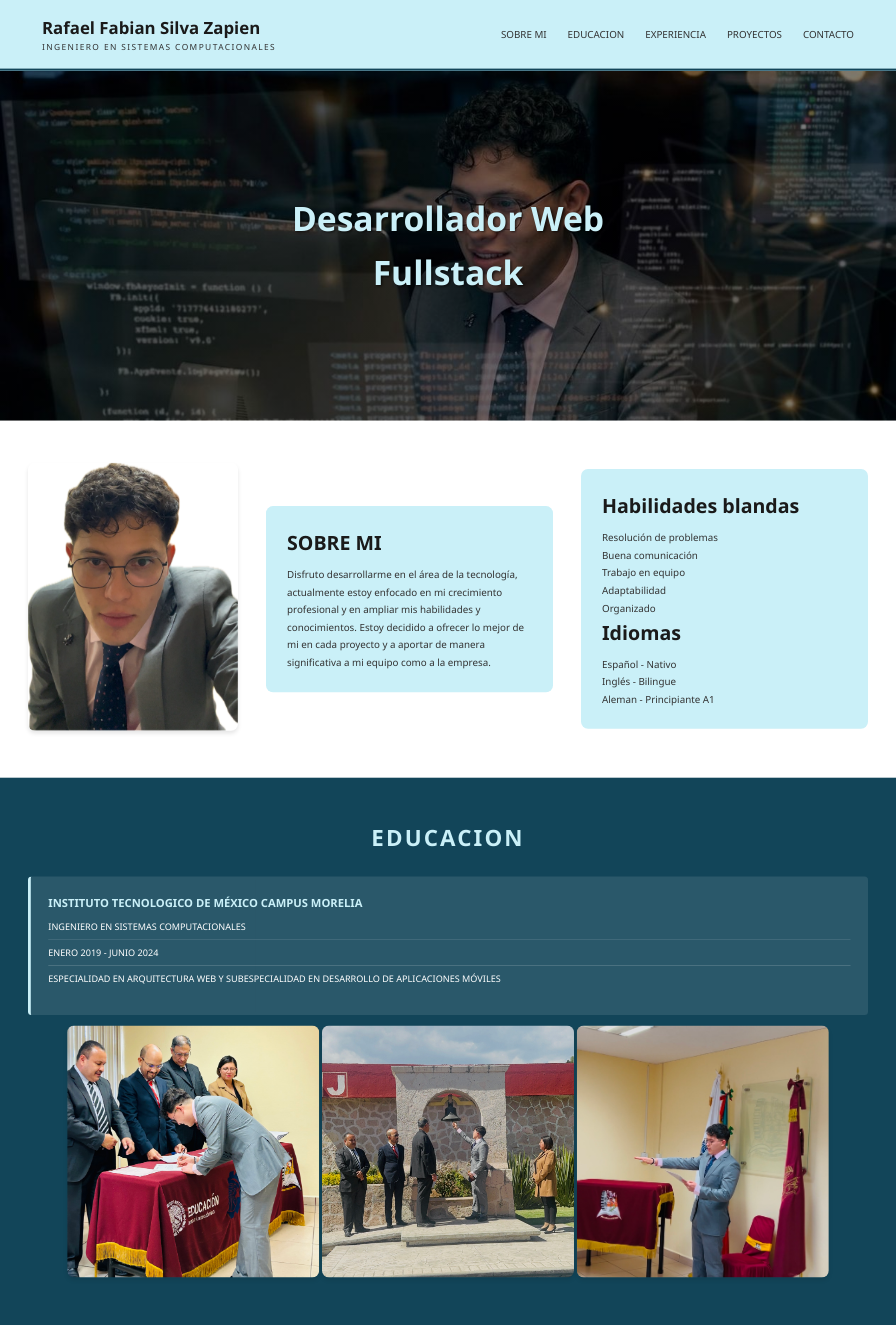
Repository: rafaelsilva2k/mi-portafolio
Page: index.html
These files come from the project's save history. The page is drawn as it stood at one moment and after the next save; the edit follows.
The browser window is 1280 px wide. The pictures show the part of the page from y = 0 to 1920 px (the page is 3313 px tall), at 70% of full size.

Above is the page before, as saved 2026-04-17 13:18:34.

### index.html
<!DOCTYPE html>
<html lang="en">
<head>
    <meta charset="UTF-8">
    <meta name="viewport" content="width=device-width, initial-scale=1.0">
    <title>Rafael Fabian Silva Zapien</title>
    <link rel="stylesheet" href="styles.css">
</head>
<body>
    <!-- HEADER: Nombre, Profesión y Menú de Navegación -->
    <header class="header">
        <div class="header-content">
            <div class="logo-section">
                <h1>Rafael Fabian Silva Zapien</h1>
                <p class="profession">INGENIERO EN SISTEMAS COMPUTACIONALES</p>
            </div>

            <nav class="navbar">
                <ul>
                    <li><a href="#sobre-mi">SOBRE MI</a></li>
                    <li><a href="#educacion">EDUCACION</a></li>
                    <li><a href="#experiencia">EXPERIENCIA</a></li>
                    <li><a href="#proyectos">PROYECTOS</a></li>
                    <li><a href="#contacto">CONTACTO</a></li>
                </ul>
            </nav>
        </div>
    </header>

    <!-- HERO SECTION: Imagen grande con texto "Desarrollador Web Fullstack" -->
     <section class="hero">
        <div class="hero-content">
            <h2>Desarrollador Web<br>Fullstack</h2>
        </div>
     </section>

     <!-- SECCIÓN SOBRE MÍ: Foto + Descripción -->
      <section id="sobre-mi" class="sobre-mi">
        <div class="sobre-mi-container">
            <div class="sobre-mi-foto">
                <img src="images/me.png" alt="Rafael Silva">
            </div>
            <div class="sobre-mi-texto">
                <h2>SOBRE MI</h2>
                <p>Disfruto desarrollarme en el área de la tecnología, actualmente estoy enfocado en mi crecimiento profesional y en ampliar mis habilidades y conocimientos. Estoy decidido a ofrecer lo mejor de mi en cada proyecto y a aportar de manera significativa a mi equipo como a la empresa.</p>
            </div>
            <div class="sobre-mi-texto">
                <div class="sobre-mi-habilidades">
                    <div>
                        <h2>Habilidades blandas</h2>
                        <p> Resolución de problemas <br> Buena comunicación <br> Trabajo en equipo  <br> Adaptabilidad <br> Organizado</p>
                    </div>
                    <div>
                        <h2>Idiomas</h2>
                        <p>Español - Nativo <br> Inglés - Bilingue <br> Aleman - Principiante A1</p>
                    </div>
                </div>
            </div>
        </div>
      </section>

      <!--Seccion de Educacion-->
      <section id="educacion" class="educacion">
        <h2>EDUCACION</h2>
        <div class="educacion-content">
            <div class="educacion-item">
                <h4>INSTITUTO TECNOLOGICO DE MÉXICO CAMPUS MORELIA</h4>
                <p>INGENIERO EN SISTEMAS COMPUTACIONALES</p>
                <p>ENERO 2019 - JUNIO 2024</p>
                <p>ESPECIALIDAD EN ARQUITECTURA WEB Y SUBESPECIALIDAD EN DESARROLLO DE APLICACIONES MÓVILES</p>
            </div>
            <div class="education-item">
                <div class="education-photos">
                    <img src="images/FirmaTitulacion.jpeg">
                    <img src="images/campanaTitulacion.jpeg">
                    <img src="images/titulacion.jpeg">
                </div>
            </div>
        </div>
      </section>

      <section id="experiencia" class="experiencia">
        <h2>EXPERIENCIA PROFESIONAL</h2>
            <div class="experiencia-content">
                <div class="experiencia-item">
                    <h3>HARMAN a Samsung Company</h3>
                    <p>Residencias Profesionales HARMAN, Samsung Company Enero - Junio 2024 </p><br>
                    <h5>PROYECTO DE SALIDAS MISCELÁNEAS</h5>
                    <p></p>Se trabajo en el desarrolló de una página web que permitió a la empresa
                    controlar y gestionar los productos salientes. Además, se coordinó el flujo de
                    aprobación entre diversas áreas como comercio exterior, logística y seguridad. <br> <br>
                    <h5>PROYECTO COSTO DE BIENES VENDIDOS (COGS)</h5>
                    Se trabajo en la automatización el cálculo de COGS e implementó un módulo
                    que agiliza la obtención de datos para el reporte de COGS, logrando un análisis
                    más detallado y una representación gráfica eficaz de la información.</p>
                </div>
                <div class="experiencia-item">
                    <h3>FIRA - Fideicomisos Instituidos en Relación con la Agricultura</h3>
                    <p>Desarrollador Fullstack en FIRA, Morelia Julio 2024 - Actualidad <br> <br>
                    • Migración, mejora y mantenimiento de múltiples aplicaciones institucionales,
                    entre ellas: Mesa de Servicios, Reservación de Salas, Seguimientos SIPOT,
                    Solicitudes INAI, Ingresos Retenciones, SIPOT, entre otras.
                    Aplicaciones desarrolladas en CodeIgniter (PHP), JavaScript, HTML y CSS,
                    en las cuales realicé correcciones críticas, optimizaciones de rendimiento y
                    mejoras funcionales.
                    Implementación de consumo de APIs internas de FIRA (Capital Humano)
                    cuando fue requerido.
                    Sustitución de vistas de Capital Humano en base de datos por procesos
                    internos más eficientes.
                    Todas las aplicaciones intervenidas fueron migradas a SQL Server 2019. <br>
                    • Desarrollo de un módulo completo dentro de la aplicación Reservación de
                    Salas para la gestión y reservación de cargadores eléctricos para vehículos del
                    personal interno.<br>
                    • Colaboración en la aplicación Siniestralidad, desarrollada originalmente en
                    ASP, la cual fue migrada a SQL Server 2019 y sometida a una limpieza y
                    depuración general. Posteriormente se detectaron fallas en el funcionamiento y
                    realicé los ajustes necesarios para su correcta operación.<br>
                    • Participación en la migración de la aplicación Firma Electrónica, actualizando
                    la plataforma de Java 1.4 a Java 17, así como la migración de Tomcat y todos
                    los cambios estructurales requeridos para garantizar compatibilidad y
                    estabilidad.<br>
                    • Elaboración de documentación técnica detallada para todos los proyectos,
                    facilitando futuras tareas de mantenimiento, soporte y transferencia de
                    conocimiento dentro del equipo. Apoyo adicional en la preparación de
                    documentación para describir cambio</p>
                </div>
            </div>
      </section>

      <!--Seccion de proyectos-->
      <section id="proyectos" class="proyectos">
        <h2>PROYECTOS</h2>
        <div class="proyectos-content">
            <div class="proyectos-item">
                <h4>Primer proyecto</h4>
                <img src="" alt="Proyecto-1-name">
            </div>
            <div class="proyectos-item">
                <h4> Segundo proyecto</h4>
                <img src="" alt="Proyecto-2-name">
            </div>
            <div class="proyectos-item">
                <h4>Tercer proyecto</h4>
                <img src="" alt="proyecto-3-name">
            </div>
        </div>
      </section>

      <section id="contacto" class="contacto">
        <h2>Contacto</h2>
        <div class="contacto-content">
            <p>Email: rafaelsilva2k256@gmail.com</p>
            <p>LinkedIn: <a href="www.linkedin.com/in/rafael-fabian-silva-zapien-a124ba247">Perfil de Linkedin</a></p>
            <p>GitHub: <a href="#">Tu GitHub</a></p>
        </div>
      </section>

      <!--footer-->
      <footer class="footer">
        <p>&copy; 2024 Rafael Fabian Silva Zapien. Todos los derechos reservados.</p>
      </footer>

      <script src="script.js"></script>
</body>
</html>

### styles.css
/* ============================================
   RESET Y VARIABLES GLOBALES
   ============================================ */

* {
    margin: 0;
    padding: 0;
    box-sizing: border-box;
}

:root {
    --color-primary: #caf0f8;      /* Amarillo */
    --color-secondary: #124559;    /* Dorado/Marrón */
    --color-dark: #1a1a1a;         /* Negro */
    --color-text: #333333;         /* Texto gris oscuro */
    --color-white: #ffffff;        /* Blanco */
}

body {
    font-family: 'Segoe UI', Tahoma, Geneva, Verdana, sans-serif;
    color: var(--color-text);
    line-height: 1.6;
}

/* ============================================
   HEADER - Menú y nombre
   ============================================ */

.header {
    background-color: var(--color-primary);
    padding: 20px 0;
    border-bottom: 3px solid var(--color-secondary);
    position: sticky;
    top: 0;
    z-index: 100;
}

.header-content {
    max-width: 1200px;
    margin: 0 auto;
    padding: 0 20px;

    /* FLEXBOX: Alinea nombre a la izquierda y menú a la derecha */
    display: flex;
    justify-content: space-between;
    align-items: center;
}

.logo-section h1 {
    font-size: 24px;
    font-weight: bold;
    color: var(--color-dark);
}

.profession {
    font-size: 12px;
    color: var(--color-text);
    letter-spacing: 2px;
}

/* NAVEGACIÓN - Menú horizontal */
.navbar ul {
    list-style: none;

    /* FLEXBOX: Alinea los items del menú horizontalmente */
    display: flex;
    gap: 30px;
}

.navbar a {
    text-decoration: none;
    color: var(--color-text);
    font-size: 14px;
    font-weight: 500;
    transition: color 0.3s ease;
}

.navbar a:hover {
    color: var(--color-secondary);
}

/* ============================================
   HERO SECTION - Imagen grande
   ============================================ */

.hero {
    background: linear-gradient(rgba(0, 0, 0, 0.5), rgba(0, 0, 0, 0.5)),
                url('images/iaGeneratedMe.jpeg');
    background-size: cover;
    background-position: center;
    height: 500px;

    /* FLEXBOX: Centra el texto en el hero */
    display: flex;
    align-items: center;
    justify-content: center;
    text-align: center;
}

.hero-content h2 {
    font-size: 48px;
    color: var(--color-primary);
    font-weight: bold;
    text-shadow: 2px 2px 4px rgba(0, 0, 0, 0.7);
}

/* ============================================
   SECCIÓN SOBRE MÍ
   ============================================ */

.sobre-mi {
    padding: 60px 20px;
    background-color: var(--color-white);
}

.sobre-mi-container {
    max-width: 1200px;
    margin: 0 auto;

    /* FLEXBOX: Alinea foto a la izquierda y texto a la derecha */
    display: flex;
    gap: 40px;
    align-items: center;
}

.sobre-mi-foto {
    flex: 0 0 300px;  /* Ancho fijo de 300px */
}

.sobre-mi-foto img {
    width: 100%;
    border-radius: 10px;
    box-shadow: 0 4px 6px rgba(0, 0, 0, 0.1);
}

.sobre-mi-texto {
    flex: 1;  /* Ocupa el espacio restante */
    background-color: var(--color-primary);
    padding: 30px;
    border-radius: 10px;
}

.sobre-mi-texto h2 {
    font-size: 28px;
    margin-bottom: 10px;
    color: var(--color-dark);
}

.sobre-mi-texto h3 {
    font-size: 14px;
    letter-spacing: 2px;
    margin-bottom: 20px;
    color: var(--color-secondary);
}

.sobre-mi-texto p {
    font-size: 14px;
    line-height: 1.8;
    color: var(--color-text);
}

.sobre-mi-habilidades {
    flex: wrap;
    justify-content: space-between;
}

/* ============================================
   SECCIÓN EDUCACIÓN
   ============================================ */

.educacion {
    padding: 60px 20px;
    background-color: var(--color-secondary);
    color: var(--color-white);
}

.educacion h2 {
    font-size: 32px;
    margin-bottom: 30px;
    text-align: center;
    color: var(--color-primary);
    letter-spacing: 3px;
}

.educacion-content {
    max-width: 1200px;
    margin: 0 auto;
}

.educacion-item {
    background-color: rgba(255, 255, 255, 0.1);
    padding: 25px;
    margin-bottom: 15px;
    border-left: 4px solid var(--color-primary);
    border-radius: 5px;
}

.educacion-item h4 {
    font-size: 16px;
    margin-bottom: 10px;
    color: var(--color-primary);
}

.educacion-item p {
    font-size: 13px;
    margin-bottom: 8px;
    padding-bottom: 8px;
    border-bottom: 1px solid rgba(255, 255, 255, 0.2);
}

.educacion-item p:last-child {
    border-bottom: none;
}

.education-photos {
    flex: 0 0 300px;  /* Ancho fijo de 300px */
    text-align: center;
}

.education-photos img {
    width: 30%;
    border-radius: 10px;
    box-shadow: 0 4px 6px rgba(0, 0, 0, 0.1);
}

/* ============================================
   SECCIÓN EXPERIENCIA
   ============================================ */

.experiencia {
    padding: 60px 20px;
    background-color: var(--color-white);
}

.experiencia h2 {
    font-size: 32px;
    margin-bottom: 30px;
    text-align: center;
    color: var(--color-secondary);
    letter-spacing: 3px;
}

.experiencia-content {
    max-width: 1200px;
    margin: 0 auto;

    /* FLEXBOX: Coloca los items uno al lado del otro */
    display: flex;
    gap: 30px;
}

.experiencia-item {
    flex: 1;
    background-color: var(--color-primary);
    padding: 25px;
    border-radius: 8px;
    border-left: 4px solid var(--color-secondary);
}

.experiencia-item h4 {
    font-size: 16px;
    margin-bottom: 10px;
    color: var(--color-dark);
}

.experiencia-item p {
    font-size: 13px;
    color: var(--color-text);
}

/* ============================================
   SECCIÓN PROYECTOS
   ============================================ */

.proyectos {
    padding: 60px 20px;
    background-color: var(--color-primary);
}

.proyectos h2 {
    font-size: 32px;
    margin-bottom: 30px;
    text-align: center;
    color: var(--color-secondary);
    letter-spacing: 3px;
}

.proyectos-content {
    max-width: 1200px;
    margin: 0 auto;

    /* FLEXBOX: Coloca las tarjetas en 3 columnas */
    display: flex;
    gap: 25px;
    justify-content: space-between;
}

.proyectos-item {
    flex: 1;
    background-color: var(--color-white);
    padding: 20px;
    border-radius: 8px;
    box-shadow: 0 2px 8px rgba(0, 0, 0, 0.1);
    transition: transform 0.3s ease;
}

.proyectos-item:hover {
    transform: translateY(-5px);
}

.proyectos-item h4 {
    font-size: 16px;
    margin-bottom: 15px;
    color: var(--color-dark);
}

.proyectos-item img {
    width: 100%;
    height: 200px;
    object-fit: cover;
    border-radius: 5px;
    background-color: var(--color-secondary);
}

/* ============================================
   SECCIÓN CONTACTO
   ============================================ */

.contacto {
    padding: 60px 20px;
    background-color: var(--color-secondary);
    color: var(--color-white);
    text-align: center;
}

.contacto h2 {
    font-size: 32px;
    margin-bottom: 30px;
    color: var(--color-primary);
    letter-spacing: 3px;
}

.contacto-content {
    max-width: 600px;
    margin: 0 auto;
    font-size: 14px;
    line-height: 2;
}

.contacto-content a {
    color: var(--color-primary);
    text-decoration: none;
    font-weight: bold;
}

.contacto-content a:hover {
    text-decoration: underline;
}

/* ============================================
   FOOTER
   ============================================ */

.footer {
    background-color: var(--color-dark);
    color: var(--color-white);
    text-align: center;
    padding: 20px;
    font-size: 12px;
}

/* ============================================
   RESPONSIVE - Para dispositivos móviles
   ============================================ */

@media (max-width: 768px) {
    .header-content {
        flex-direction: column;
        gap: 20px;
    }

    .navbar ul {
        gap: 15px;
        font-size: 12px;
    }

    .sobre-mi-container {
        flex-direction: column;
    }

    .sobre-mi-foto {
        flex: 0 0 200px;
    }

    .experiencia-content {
        flex-direction: column;
    }

    .proyectos-content {
        flex-direction: column;
    }

    .hero-content h2 {
        font-size: 32px;
    }
}

Loaded but not shown: script.js (no copy from this time; the picture is the same without it)

After the next save:
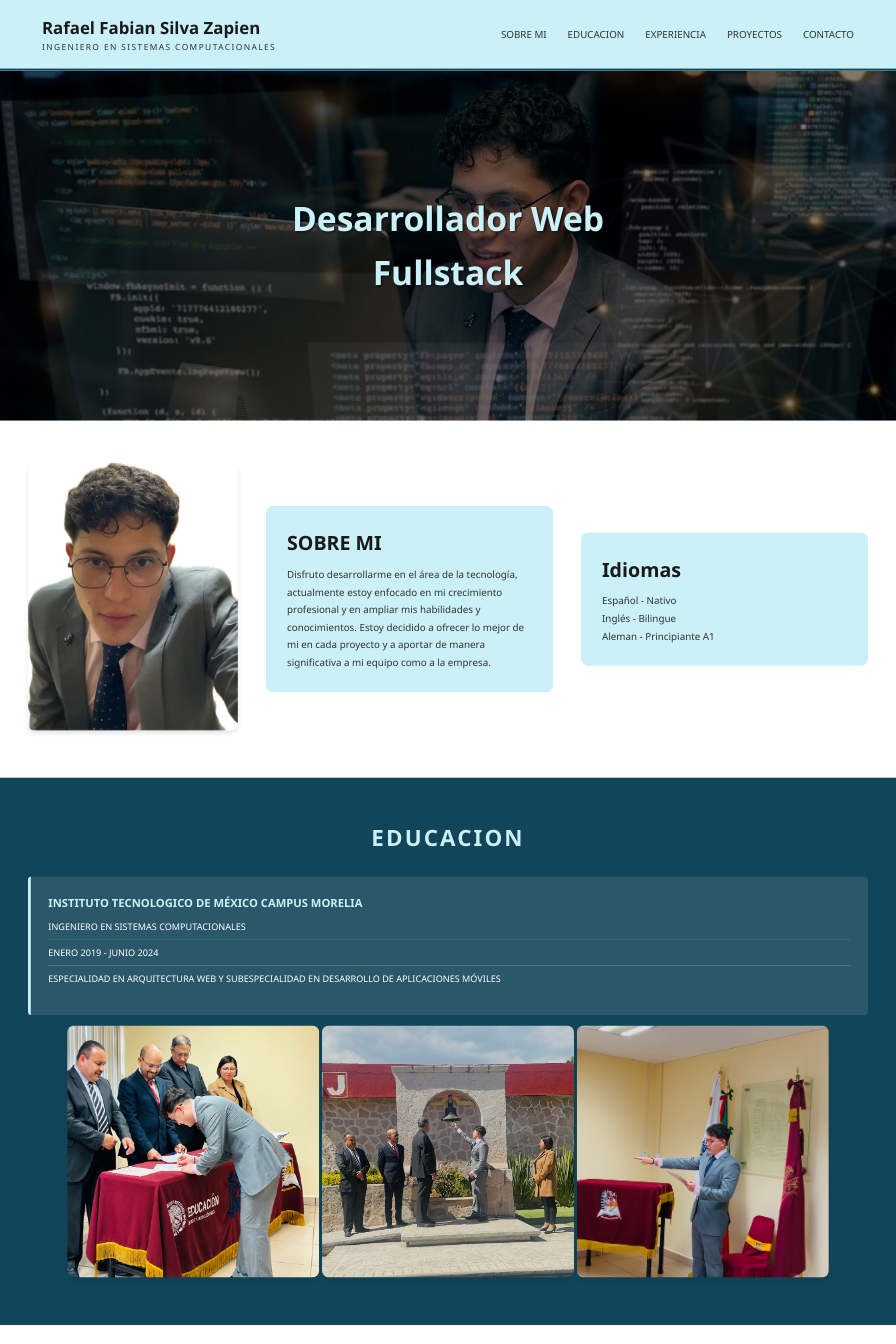
Saved 45 s later.
--- a/index.html
+++ b/index.html
@@ -47,8 +47,7 @@
             <div class="sobre-mi-texto">
                 <div class="sobre-mi-habilidades">
                     <div>
-                        <h2>Habilidades blandas</h2>
-                        <p> Resolución de problemas <br> Buena comunicación <br> Trabajo en equipo  <br> Adaptabilidad <br> Organizado</p>
+
                     </div>
                     <div>
                         <h2>Idiomas</h2>

After the 2 saves that followed:
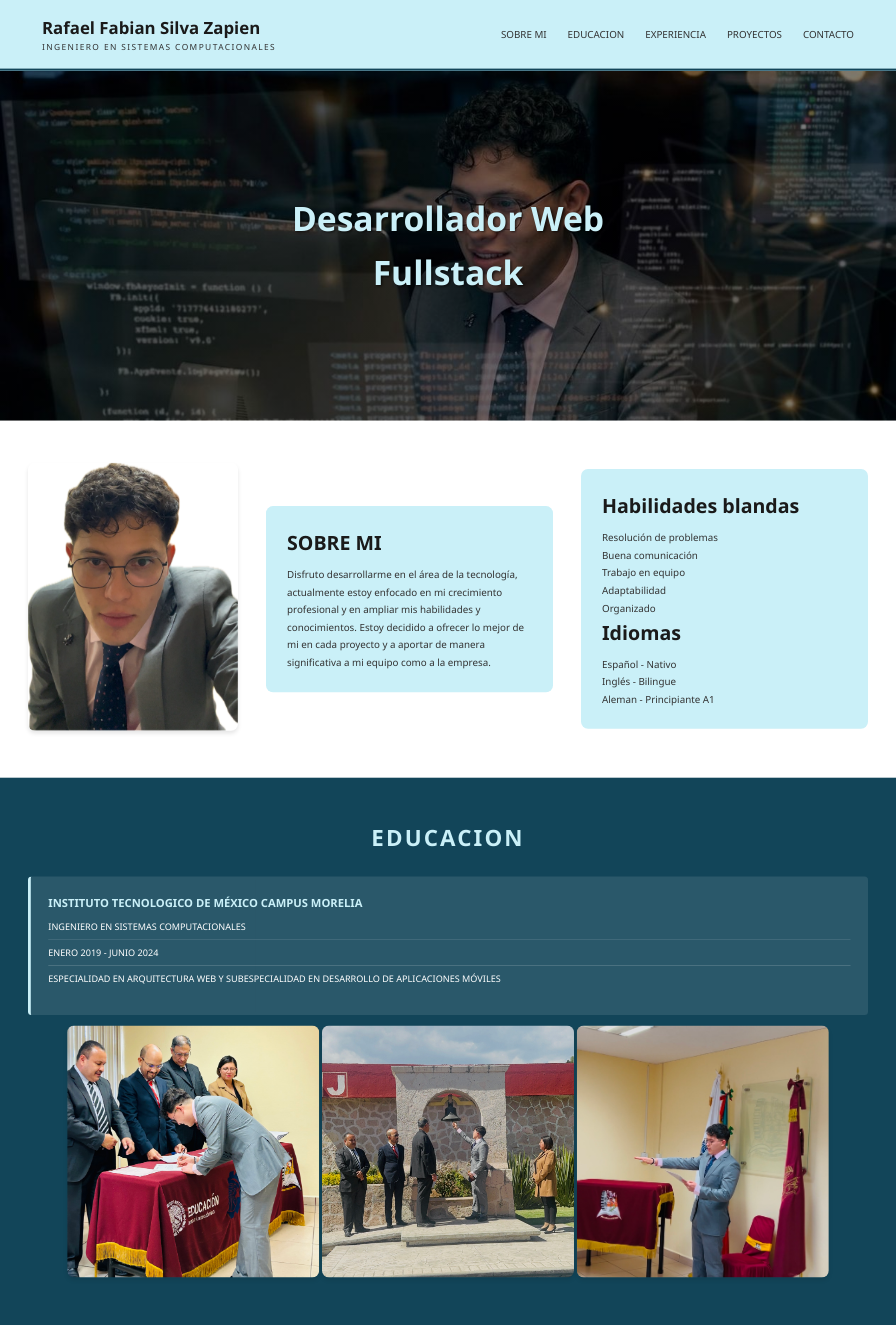
The 2 saves are shown as one change because they came seconds apart.
The last was saved 8 s later.
--- a/index.html
+++ b/index.html
@@ -46,9 +46,8 @@
             </div>
             <div class="sobre-mi-texto">
                 <div class="sobre-mi-habilidades">
-                    <div>
-
-                    </div>
+                    <h2>Habilidades blandas</h2>
+                    <p> Resolución de problemas <br> Buena comunicación <br> Trabajo en equipo  <br> Adaptabilidad <br> Organizado</p>
                     <div>
                         <h2>Idiomas</h2>
                         <p>Español - Nativo <br> Inglés - Bilingue <br> Aleman - Principiante A1</p>
